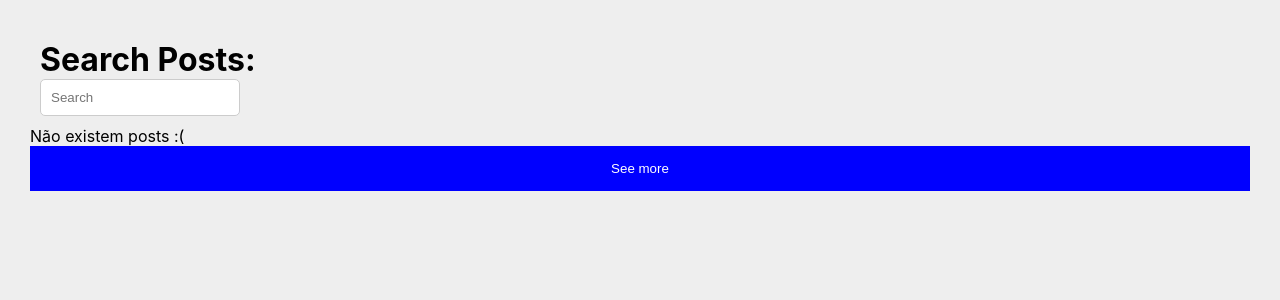
Repository: GiovanaBragio/ReactCourse
Page: / (app in project-1/)
The author's editor kept a copy of each file at every save. The page is drawn from the files as they stood at one save, then again after the next save.
The browser window is 1280 px wide. The pictures show the whole page.
The page's requests for data from a server got no answer. The project was rebuilt for these pictures with package versions that can differ from the ones it lists, and the page was loaded fresh each time. No one was signed in, and anything a server would have sent is missing. Also part of the build but not shown: project-1/src/components/PostCard/PostCard.styles.css, project-1/src/components/PostCard/PostCard.tsx, project-1/src/components/Post/Post.styles.css, project-1/src/components/Post/Post.tsx.

Above is the page before, as saved 2025-02-05 17:16:19.

### project-1/src/index.tsx
import React from 'react';
import ReactDOM from 'react-dom/client';
import './index.css';
import Home from './templates/Home/Home';

const root = ReactDOM.createRoot(
  document.getElementById('root') as HTMLElement
);
root.render(
  <React.StrictMode>
    <Home />
  </React.StrictMode>
);

### project-1/src/templates/Home/Home.tsx
import { useEffect, useState } from 'react';
import './Home.css';
import { PostCardProps } from '../../components/PostCard/PostCard.interface';
import Button from '../../components/Button/Button';
import InputText from '../../components/InputText/InputText';
import Post from '../../components/Post/Post';

function Home() {
  const [posts, setPosts] = useState<PostCardProps[]>([]);
  const [isButtonDisabled, setIsButtonDisabled] = useState(false);
  const [nextPosts, setNextPosts] = useState(10);
  const [search, setSearch] = useState('');
  const filterPosts = !!search ? posts.filter(post => post.title.toLowerCase().includes(search.toLowerCase())) : posts;

  useEffect(() => {
    loadPosts();
  }, []);

  const loadPosts = async () => {
    const responsePost = await fetch('https://jsonplaceholder.typicode.com/posts').then(response => response.json());
    const responsePhotos = await fetch('https://dummyjson.com/image/150');

    const postsWithPhotos = responsePost.map((post: PostCardProps, index: number) => {
      return {
        ...post,
        cover: responsePhotos.url
      }
    })

    setPosts(postsWithPhotos);
  }

  const seeMore = () => {
    let newNextPosts = nextPosts + 10;
    if (newNextPosts > 100) {
      setIsButtonDisabled(true);
    }
    setNextPosts(newNextPosts);
  }

  return (
    <div className="Home">
      <div className="Home__search">
        <h1>Search Posts: {search}</h1>
        <InputText
          value={search}
          onChange={(event: React.ChangeEvent<HTMLInputElement>) => setSearch(event.target.value)} />
      </div>
      {filterPosts.length ? <Post posts={filterPosts} nextPosts={nextPosts} /> : <p>Não existem posts :(</p>}
      {!search && (
        <Button
          text={'See more'}
          onClick={seeMore}
          disabled={isButtonDisabled}
        />
      )}
    </div>
  );
}

export default Home;

### project-1/src/templates/Home/Home.css
*{
  margin: 0;
  padding: 0;
  box-sizing: border-box;
}

.Home {
  min-height: 100vh;
  background: #eee;
  padding: 30px;
}

.Home__search {
  width: 90%;
  display: flex;
  flex-direction: column;
  justify-content: center;
  align-items: flex-start;
  margin: 10px;
}

### project-1/src/components/Button/Button.tsx
import { ButtonProps } from "./Button.interface";
import './Button.styles.css';

const Button = ({ onClick, text, disabled }: ButtonProps) => {
    return (
        <button
            onClick={onClick}
            disabled={disabled}>
            {text}
        </button>
    )
}

export default Button;

### project-1/src/components/InputText/InputText.tsx
import { InputTextProps } from "./InputText.inerface";
import './InputText.styles.css';

const InputText = ({ value, onChange }: InputTextProps) => {
    return (
        <input
            className="inputText"
            type="text"
            placeholder="Search"
            value={value}
            onChange={onChange} />
    )
}

export default InputText;

### project-1/src/components/Button/Button.styles.css
button {
  width: 100%;
  background: blue;
  color: white;
  border: none;
  padding: 15px 30px;
  cursor: pointer;
  transition: ease-in-out 0.5s;
}

button:hover {
  background-color: darkblue;
}

button:disabled {
  background-color: gray;
  cursor: not-allowed;
}

### project-1/src/components/InputText/InputText.styles.css
.inputText {
    padding: 10px;
    border: 1px solid #ccc;
    border-radius: 5px;
    width: 200px;
}

Loaded but not shown: project-1/public/index.html (common file); project-1/src/index.css (common file)

After the next save:
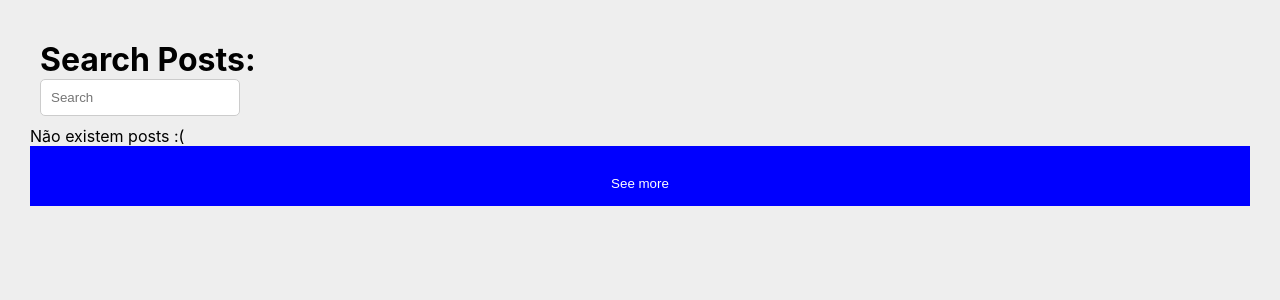
Saved 13 s later.
--- a/project-1/src/components/Button/Button.styles.css
+++ b/project-1/src/components/Button/Button.styles.css
@@ -6,6 +6,7 @@ button {
   padding: 15px 30px;
   cursor: pointer;
   transition: ease-in-out 0.5s;
+  padding-top: 30px;
 }
 
 button:hover {
